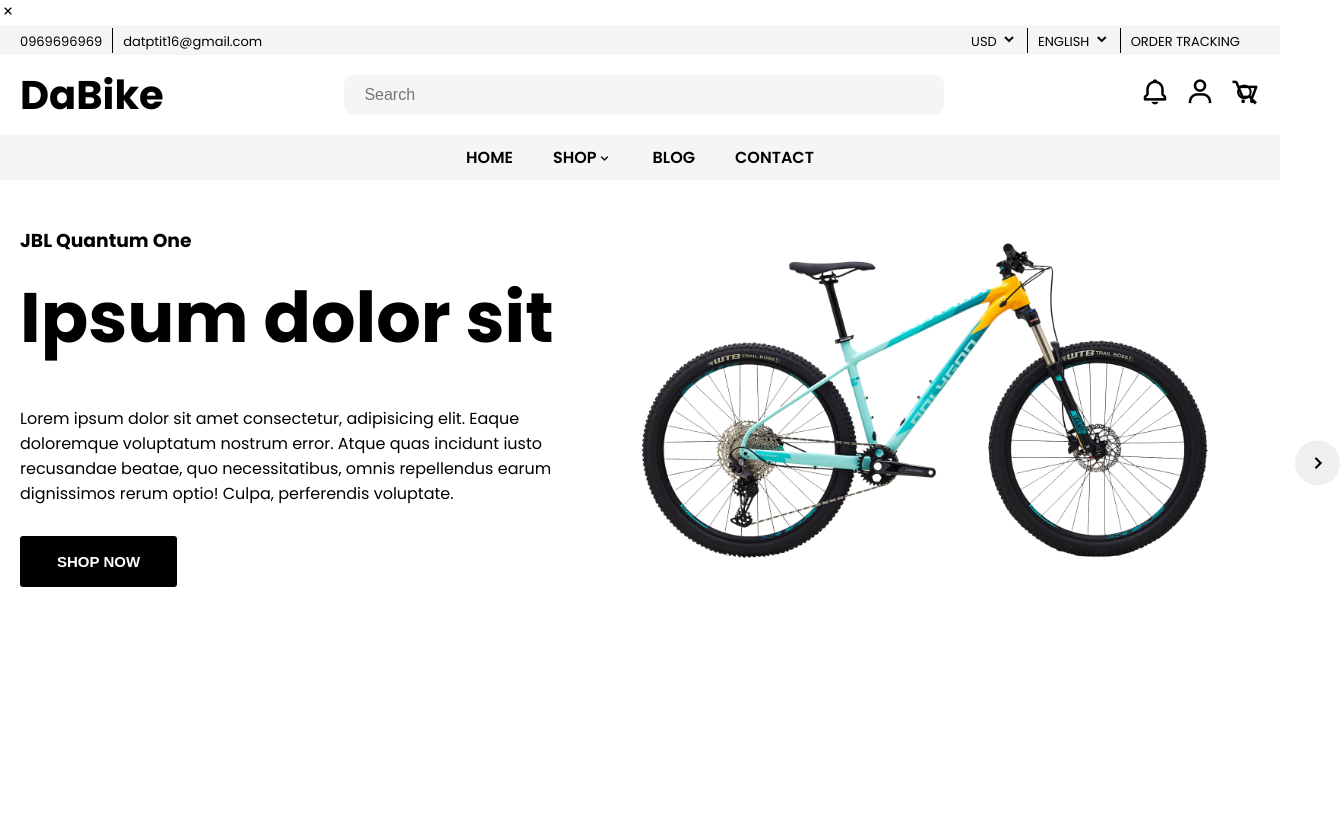
Repository: Datt21/DacMaxx
Page: index.html
The author's editor kept a copy of each file at every save. The page is drawn from the files as they stood at one save, then again after the next save.
The browser window is 1280 px wide. The page is 1340 px wide, so the pictures cover 1340 px, including what lies to the right of the window. The pictures show the whole page.

Above is the page before, as saved 2021-07-07 01:13:29.

### index.html
<!DOCTYPE html>
<html lang="en">
<head>
    <meta charset="UTF-8">
    <meta http-equiv="X-UA-Compatible" content="IE=edge">
    <meta name="viewport" content="width=device-width, initial-scale=1.0">
    <title>DaBike</title>
    <!--======== FONTS =========-->
    <link rel="preconnect" href="https://fonts.gstatic.com">
    <link rel="stylesheet" href="https://fonts.googleapis.com/css2?family=Poppins:ital,wght@0,100;0,200;0,300;0,400;0,500;0,600;0,700;0,800;0,900;1,100;1,200;1,300;1,400;1,500;1,600;1,700;1,900&display=swap">

    <!--========= ICONS =========-->
    <link rel="stylesheet" href="./boxicons-2.0.7/css/boxicons.min.css">
    <link href='https://unpkg.com/boxicons@2.0.7/css/boxicons.min.css' rel='stylesheet'>

    <!--========= LINK CSS =========-->
    <link rel="stylesheet" href="./css/grid.css">
    <link rel="stylesheet" href="./css/app.css">
</head>
<body>

    <!--========= HEADER ===========-->
    <header>
        <!-- mobile menu -->
        <div class="mobile-menu bg-second">
            <a href="#" class="mb-logo">DaBike</a>

            <span class="mb-menu-toggle mb-menu-close" id="mb-menu-close">
                <i class='bx bx-menu'></i>
            </span>
        </div>
        <!-- end mobile menu -->
        <!-- main header -->
        <div class="header-wrapper" id="header-wrapper">
            <span class="mb-menu-toggle" id="mb-menu-toggle">
                <i class='bx bx-x'></i>
            </span>
            <!-- top header -->
            <div class="bg-second">
                <div class="top-header container">
                    <ul class="devided">
                        <li>
                            <a href="#">0969696969</a>
                        </li>
                        <li>
                            <a href="#">datptit16@gmail.com</a>
                        </li>
                    </ul>
                    <ul class="devided">
                        <li class="dropdown">
                            <a href="">USD</a>
                            <i class='bx bxs-chevron-down' ></i>
                            <ul class="dropdown-content">
                                <li><a href="">VND</a></li>
                                <li><a href="">JPY</a></li>
                                <li><a href="">EUR</a></li>
                            </ul>
                        </li>
                        <li class="dropdown">
                            <a href="">ENGLISH</a>
                            <i class='bx bxs-chevron-down' ></i>
                            <ul class="dropdown-content">
                                <li><a href="">VIETNAMESE</a></li>
                                <li><a href="">JAPANESE</a></li>
                                <li><a href="">FRENCH</a></li>
                                <li><a href="">SPANISH</a></li>
                            </ul>
                        </li>
                        <li><a href="#">ORDER TRACKING</a></li>
                    </ul>
                </div>
            </div>
            <!-- end top header -->
            <!-- mid header -->
            <div class="bg-main">
                <div class="mid-header container">
                    <a href="#" class="logo">DaBike</a>
                    <div class="search">
                        <input type="text" placeholder="Search">
                        <i class='bx bx-search-alt-2' ></i>
                    </div>
                    <ul class="user-menu">
                        <li><a href=""><i class='bx bx-bell' ></i> </a></li>
                        <li><a href=""><i class='bx bx-user' ></i> </a></li>
                        <li><a href=""><i class='bx bx-cart' ></i> </a></li>
                    </ul>
                </div>
            </div>
            <!-- end mid header -->
            <!-- bottom header -->
            <div class="bg-second">
                <div class="bottom-header container">
                    <ul class="main-menu">
                        <li><a href="">Home</a></li>
                        <!-- mega menu -->
                        <li class="mega-dropdown">
                            <a href="./products.html">Shop <i class='bx bx-chevron-down'></i></a>
                            <div class="mega-content">
                                <div class="row">
                                    <div class="col-3">
                                        <div class="box">
                                            <h3>categories</h3>
                                            <ul>
                                                <li><a href="">Doanhnhan</a></li>
                                                <li><a href="">Diahinh</a></li>
                                                <li><a href="">Thethao</a></li>
                                                <li><a href="">Sinhvien</a></li>
                                            </ul>
                                        </div>
                                    </div>
                                    <div class="col-3">
                                        <div class="box">
                                            <h3>categories</h3>
                                            <ul>
                                                <li><a href="">Doanhnhan</a></li>
                                                <li><a href="">Diahinh</a></li>
                                                <li><a href="">Thethao</a></li>
                                                <li><a href="">Sinhvien</a></li>
                                            </ul>
                                        </div>
                                    </div>
                                    <div class="col-3">
                                        <div class="box">
                                            <h3>categories</h3>
                                            <ul>
                                                <li><a href="">Doanhnhan</a></li>
                                                <li><a href="">Diahinh</a></li>
                                                <li><a href="">Thethao</a></li>
                                                <li><a href="">Sinhvien</a></li>
                                            </ul>
                                        </div>
                                    </div>
                                    <div class="col-3">
                                        <div class="box">
                                            <h3>categories</h3>
                                            <ul>
                                                <li><a href="">Doanhnhan</a></li>
                                                <li><a href="">Diahinh</a></li>
                                                <li><a href="">Thethao</a></li>
                                                <li><a href="">Sinhvien</a></li>
                                            </ul>
                                        </div>
                                    </div>
                                </div>
                                <div class="row img-row">
                                    <div class="col-3">
                                        <div class="box">
                                            <img src="./images/531352.png" alt="">
                                        </div>
                                    </div>
                                    <div class="col-3">
                                        <div class="box">
                                            <img src="./images/6489548.png" alt="">
                                        </div>
                                    </div>
                                    <div class="col-3">
                                        <div class="box">
                                            <img src="./images/MTBROMO_N7_2022.png" alt="">
                                        </div>
                                    </div>
                                    <div class="col-3">
                                        <div class="box">
                                            <img src="./images/b1.png" alt="">
                                        </div>
                                    </div>
                                </div>
                            </div>
                        </li>
                        <!-- end mega menu -->
                        <li><a href="">Blog</a></li>
                        <li><a href="">Contact</a></li>
                    </ul>
                </div>
            </div>
            <!-- end bottom header -->
        </div>
        <!-- end main header -->
    </header>
    <!--========= END HEADER ===========-->
    <!--========= MAIN ================-->
    <div class="hero">
        <div class="slider">
            <div class="container">
                <!-- slide item -->
                <div class="slide active">
                    <div class="info">
                        <div class="info-content">
                            <h3 class="top-down">
                                JBL TUNE
                            </h3>

                            <h2 class="top-down trans-delay-0-2">
                                Next-gen design
                            </h2>

                            <p class="top-down trans-delay-0-4">
                                Lorem ipsum dolor sit amet consectetur, adipisicing elit. Eaque doloremque voluptatum nostrum error. Atque quas incidunt iusto recusandae beatae, quo necessitatibus, omnis repellendus earum dignissimos rerum optio! Culpa, perferendis voluptate.
                            </p>

                            <div class="top-down trans-delay-0-6">
                                <button class="btn-flat btn-hover">
                                    <span>shop now</span>
                                </button>
                            </div>
                        </div>
                    </div>
                    <div class="img top-down">
                        <img src="./images/531352.png" alt="">
                    </div>
                </div>
                <!-- end slide item -->
                <!-- slide item -->
                <div class="slide">
                    <div class="info">
                        <div class="info-content">
                            <h3 class="top-down">
                                JBL Quantum One
                            </h3>

                            <h2 class="top-down trans-delay-0-2">
                                Ipsum dolor sit
                            </h2>

                            <p class="top-down trans-delay-0-4">
                                Lorem ipsum dolor sit amet consectetur, adipisicing elit. Eaque doloremque voluptatum nostrum error. Atque quas incidunt iusto recusandae beatae, quo necessitatibus, omnis repellendus earum dignissimos rerum optio! Culpa, perferendis voluptate.
                            </p>

                            <div class="top-down trans-delay-0-6">
                                <button class="btn-flat btn-hover">
                                    <span>shop now</span>
                                </button>
                            </div>
                        </div>
                    </div>
                    <div class="img right-left">
                        <img src="./images/6489548.png" alt="">
                    </div>
                </div>
                <!-- end slide item -->
                <!-- slide item -->
                <div class="slide">
                    <div class="info">
                        <div class="info-content">
                            <h3 class="top-down">
                                JBL JR 310BT
                            </h3>

                            <h2 class="top-down trans-delay-0-2">
                                Amet Consec
                            </h2>

                            <p class="top-down trans-delay-0-4">
                                Lorem ipsum dolor sit amet consectetur, adipisicing elit. Eaque doloremque voluptatum nostrum error. Atque quas incidunt iusto recusandae beatae, quo necessitatibus, omnis repellendus earum dignissimos rerum optio! Culpa, perferendis voluptate.
                            </p>

                            <div class="top-down trans-delay-0-6">
                                <button class="btn-flat btn-hover">
                                    <span>shop now</span>
                                </button>
                            </div>
                        </div>
                    </div>
                    <div class="img left-right">
                        <img src="./images/b1.png" alt="">
                    </div>
                </div>
                <!-- end slide item -->
            </div>
            <!-- slider controller -->
            <button class="slide-controll slider-next">
                <i class='bx bx-chevron-right'></i>
            </button>
            <button class="slide-controll slider-pre">
                <i class='bx bx-chevron-left'></i>
            </button>
            <!-- end slider controller -->
        </div>
    </div>

    <!--========= END MAIN ================-->

     <!--========= JS ==============-->
    <script src="./js/app.js"></script>
    <script src="./js/index.js"></script>
</body>
</html>

### css/grid.css
.row {
    display: flex;
    flex-wrap: wrap;
    margin: 0 -15px;
}

.row-revere{
    flex-direction: row-reverse;
}

[class*="col-"]{
    padding: 0 15px;
    margin-bottom: 20px;
}

.col-1 {
    width: 8.33%;
}
.col-2 {
    width: 16.66%;
}
.col-3 {
    width: 25%;
}
.col-4 {
    width: 33.33%;
}
.col-5 {
    width: 41.66%;
}
.col-6 {
    width: 50%;
}
.col-7 {
    width: 58.33%;
}
.col-8 {
    width: 66.66%;
}
.col-9 {
    width: 75%;
}
.col-10 {
    width: 83.33%;
}
.col-11 {
    width: 91.66%;
}
.col-12 {
    width: 100%;
}

/* medium screen */
@media only screen and (max-width: 1280px) {
    .col-md-1 {
        width: 8.33%;
    }
    .col-md-2 {
        width: 16.66%;
    }
    .col-md-3 {
        width: 25%;
    }
    .col-md-4 {
        width: 33.33%;
    }
    .col-md-5 {
        width: 41.66%;
    }
    .col-md-6 {
        width: 50%;
    }
    .col-md-7 {
        width: 58.33%;
    }
    .col-md-8 {
        width: 66.66%;
    }
    .col-md-9 {
        width: 75%;
    }
    .col-md-10 {
        width: 83.33%;
    }
    .col-md-11 {
        width: 91.66%;
    }
    .col-md-12 {
        width: 100%;
    }
}

@media only screen and (max-width: 750px) {
    .col-sm-1 {
        width: 8.33%;
    }
    .col-sm-2 {
        width: 16.66%;
    }
    .col-sm-3 {
        width: 25%;
    }
    .col-sm-4 {
        width: 33.33%;
    }
    .col-sm-5 {
        width: 41.66%;
    }
    .col-sm-6 {
        width: 50%;
    }
    .col-sm-7 {
        width: 58.33%;
    }
    .col-sm-8 {
        width: 66.66%;
    }
    .col-sm-9 {
        width: 75%;
    }
    .col-sm-10 {
        width: 83.33%;
    }
    .col-sm-11 {
        width: 91.66%;
    }
    .col-sm-12 {
        width: 100%;
}

### js/index.js
let slide_index = 0
let slide_play = true
let slides = document.querySelectorAll('.slide')

hideAllSlide = () => {
    slides.forEach(e => {
        e.classList.remove('active')
    })
}

showSlide = () => {
    hideAllSlide()
    slides[slide_index].classList.add('active')
}

nextSlide = () => slide_index = slide_index + 1 === slides.length ? 0 : slide_index + 1

prevSlide = () => slide_index = slide_index - 1 < 0 ? slides.length - 1 : slide_index - 1

// pause slide when hover slider

document.querySelector('.slider').addEventListener('mouseover', () => slide_play = false)

// enable slide when mouse leave out slider
document.querySelector('.slider').addEventListener('mouseleave', () => slide_play = true)

// slider controll

// document.querySelector('.slide-next').addEventListener('click', () => {
//     nextSlide()
//     showSlide()
// })

// document.querySelector('.slide-prev').addEventListener('click', () => {
//     prevSlide()
//     showSlide()
// })

showSlide();

setInterval(() => {
    if(!slide_play) return
        nextSlide()
        showSlide()
},3000);

Loaded but not shown: boxicons-2.0.7/css/boxicons.min.css (library); css/app.css (397 lines, source omitted); js/app.js (no copy from this time; the picture is the same without it)

After the next save:
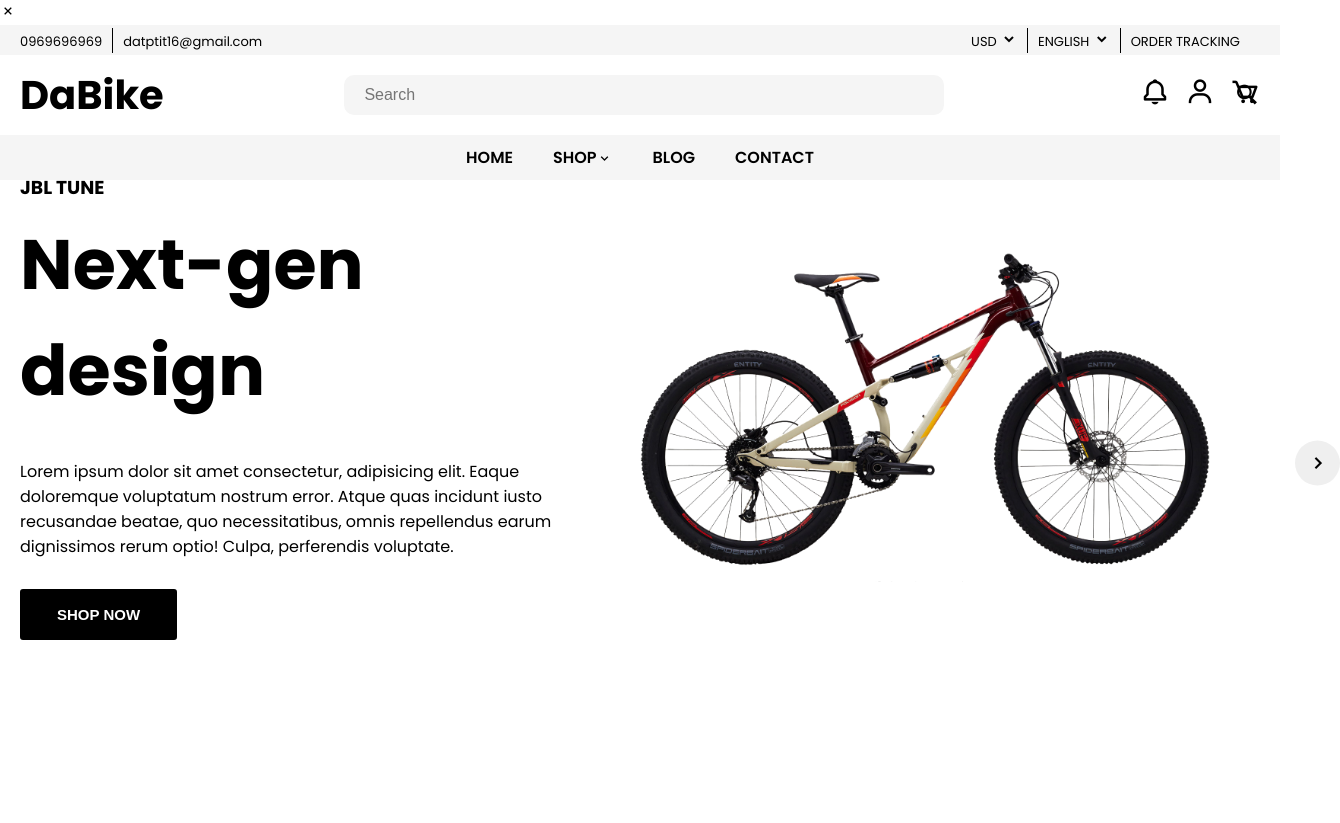
Saved 29 s later.
--- a/js/index.js
+++ b/js/index.js
@@ -39,7 +39,7 @@
 showSlide();
 
 setInterval(() => {
-    if(!slide_play) return
+    if(!slide_play)
         nextSlide()
         showSlide()
 },3000);

After the save that followed:
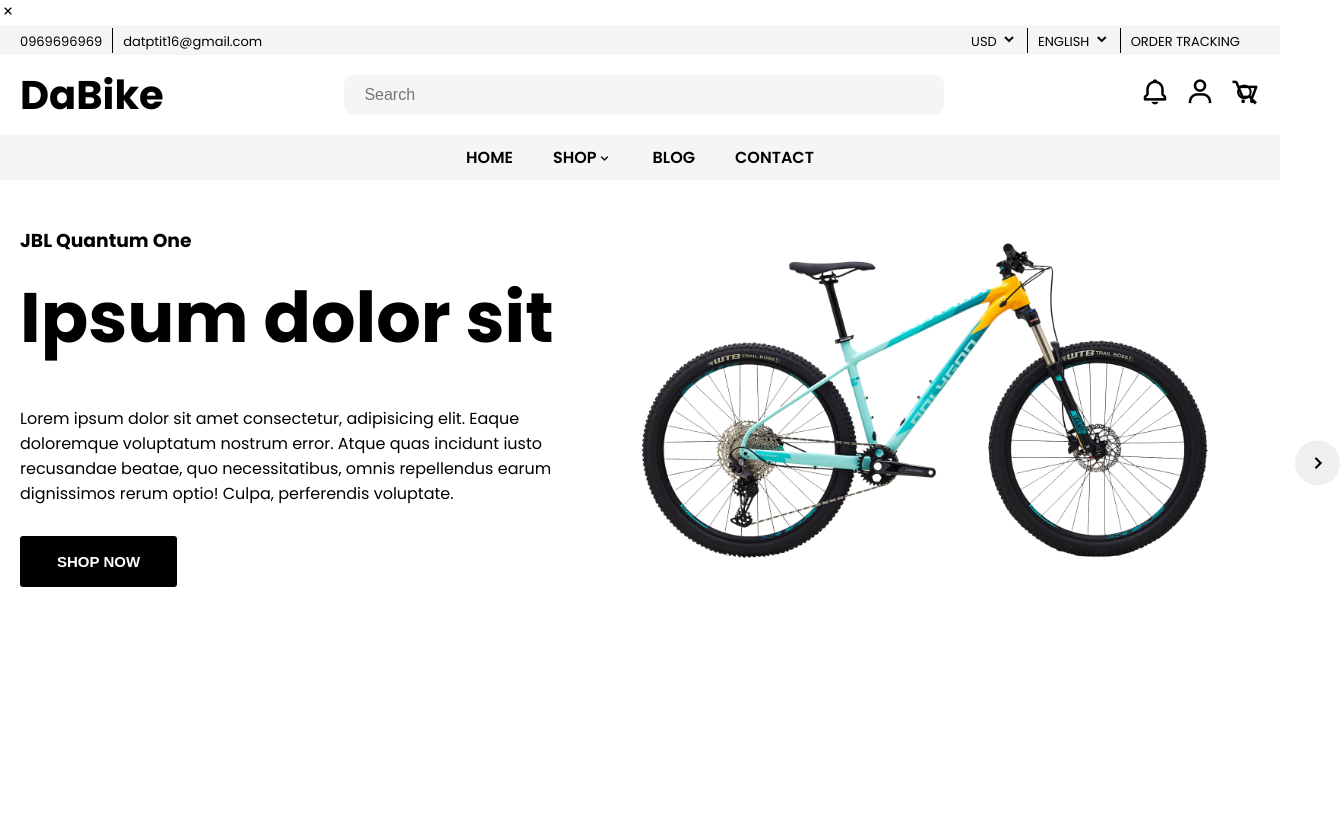
Saved 17 s later.
--- a/js/index.js
+++ b/js/index.js
@@ -39,7 +39,7 @@
 showSlide();
 
 setInterval(() => {
-    if(!slide_play)
+    if(!slide_play) return
         nextSlide()
         showSlide()
 },3000);
